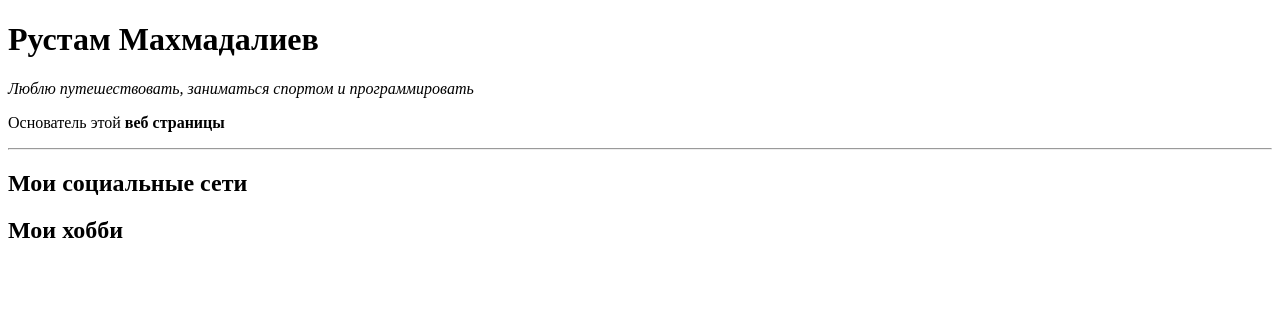
Repository: RustamMakh/html
Page: index.html
These files come from the project's save history. The page is drawn as it stood at one moment and after the next save; the edit follows.
The browser window is 1280 px wide. The pictures show the whole page.

Above is the page before, as saved 2022-06-07 19:41:00.

### index.html
<!DOCTYPE html>
<html lang="ru">
<head>
    <meta charset="UTF-8">
    <meta http-equiv="X-UA-Compatible" content="IE=edge">
    <meta name="viewport" content="width=device-width, initial-scale=1.0">
    <title>Rustam resume</title>
</head>
<body>
  <h1>Рустам Махмадалиев</h1>
  <p><em>Люблю путешествовать, заниматься спортом и программировать</em></p>
  <p>Основатель этой <strong>веб страницы</strong></p>
  <hr>

  <h2>Мои социальные сети</h2>
  <h2>Мои хобби</h2>
</body>
</html>

After the next save:
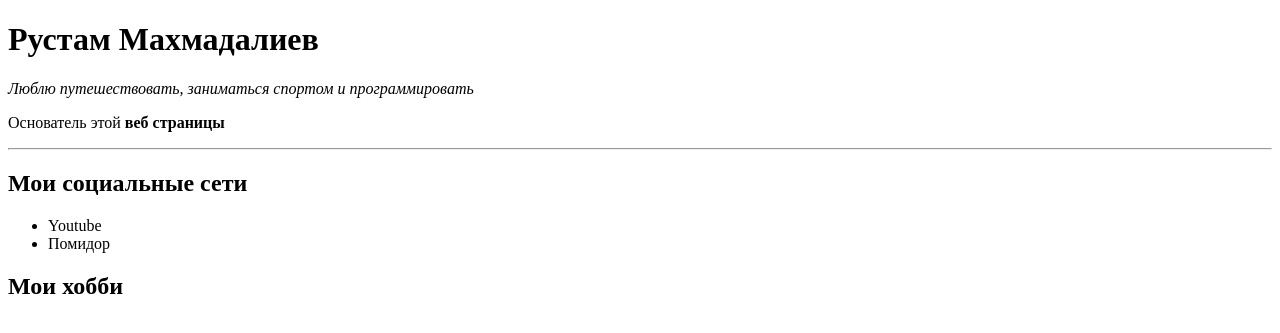
Saved 6 min 43 s later.
--- a/index.html
+++ b/index.html
@@ -13,6 +13,10 @@
   <hr>
 
   <h2>Мои социальные сети</h2>
+  <ul>
+      <li>Youtube</li>
+      <li>Помидор</li>
+    </ul>
   <h2>Мои хобби</h2>
 </body>
 </html>
